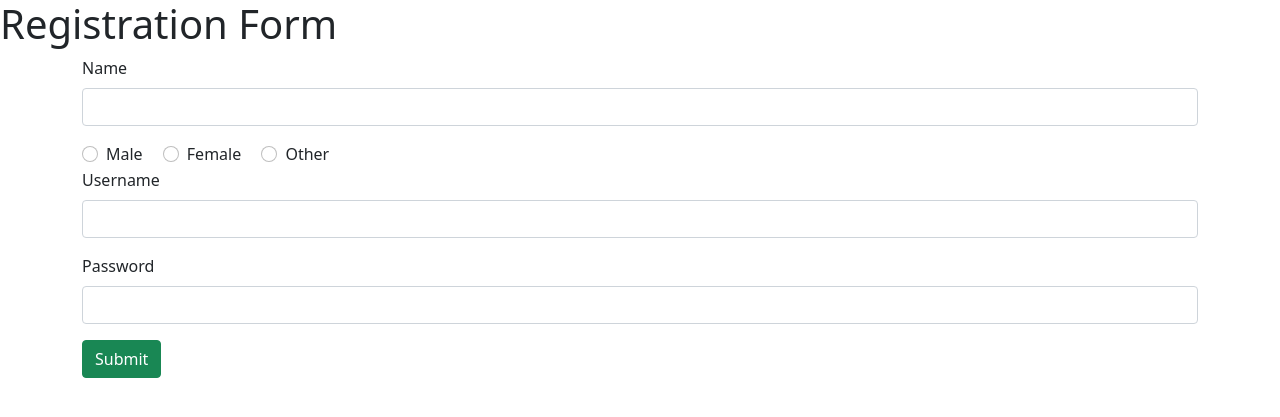
Repository: Raj-Patoliya/Sem-2-JWT
Page: http://localhost/Question_10/Registration.jsp
These files come from the project's save history. The page is drawn as it stood at one moment and after the next save; the edit follows.
The browser window is 1280 px wide. The pictures show the whole page.
The page is served by Tomcat 9.

Above is the page before, as saved 2022-06-28 09:55:35.

After the next save:
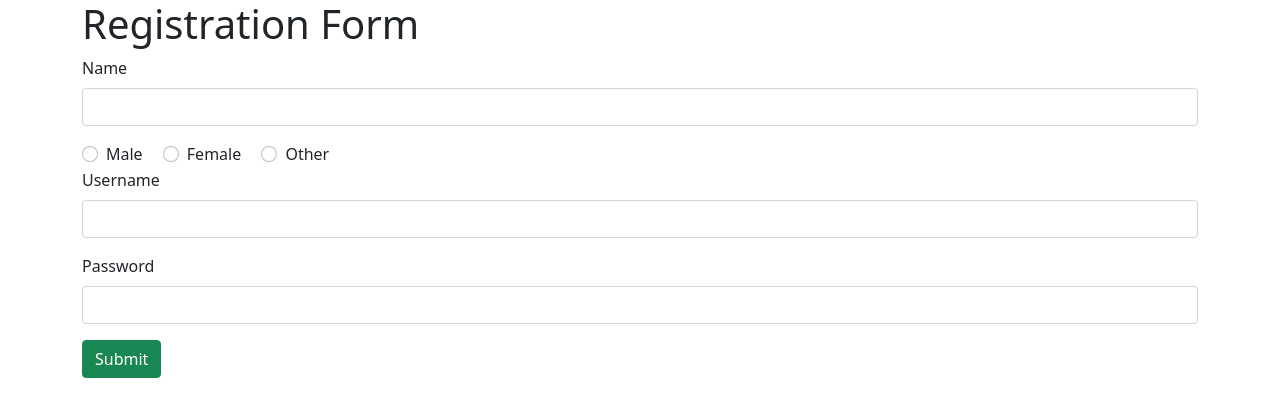
Saved 12 s later.
--- a/Question 10/src/main/webapp/Registration.jsp
+++ b/Question 10/src/main/webapp/Registration.jsp
@@ -12,8 +12,8 @@
 	crossorigin="anonymous">
 </head>
 <body>
+	<div class="container md-2">
 	<div class="h1">Registration Form</div>
-	<div class="container md-2">
 		<form action="SaveUser" method="post">
 			<div class="mb-3">
 				<label for="exampleFormControlInput1" class="form-label">Name</label>
